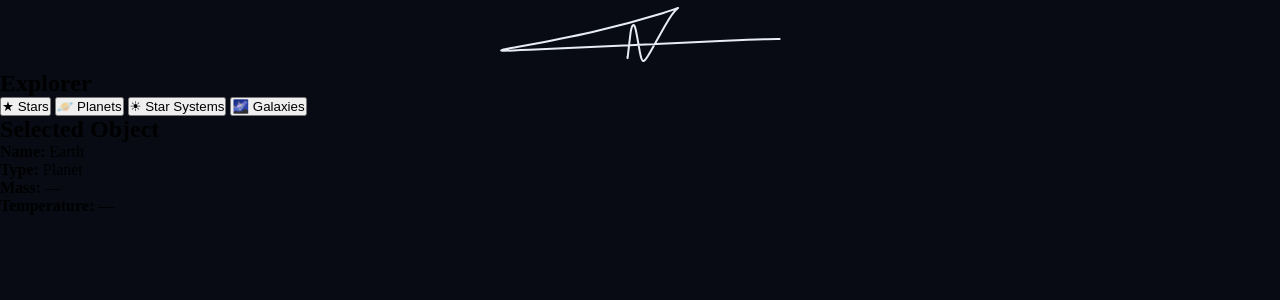
Repository: nico-madruga/Universe
Page: front-end/html/index.html
An editor plug-in stored every save of this project. The page is shown before and after the next save, followed by the edit.
The browser window is 1280 px wide. The pictures show the whole page.

Above is the page before, as saved 2026-09-28 16:40:13.

### front-end/html/index.html
<!DOCTYPE html>
<html lang="en">
<head>
    <meta charset="UTF-8">
    <meta name="viewport" content="width=device-width, initial-scale=1.0">
    <link rel="stylesheet" href="../css/style.css">
    <title>Universe</title>

    <link rel="stylesheet" href="../css/style.css">
</head>

<body>

    <header class="navbar">
        <img src="/front-end/imgs/Vector 1.svg">
    </header>


    <main class="layout">

        <aside class="sidebar">

            <h2>Explorer</h2>

            <nav>
                <button>★ Stars</button>
                <button>🪐 Planets</button>
                <button>☀ Star Systems</button>
                <button>🌌 Galaxies</button>
            </nav>

        </aside>


        <section class="content">

            <section class="space">

                <div class="star star-1"></div>
                <div class="star star-2"></div>
                <div class="star star-3"></div>

                <div class="planet"></div>

            </section>


            <section class="object-info">

                <h2>Selected Object</h2>

                <div class="info-grid">

                    <p>
                        <strong>Name:</strong>
                        Earth
                    </p>

                    <p>
                        <strong>Type:</strong>
                        Planet
                    </p>

                    <p>
                        <strong>Mass:</strong>
                        —
                    </p>

                    <p>
                        <strong>Temperature:</strong>
                        —
                    </p>

                </div>

            </section>

        </section>

    </main>

</body>
</html>

### front-end/css/style.css
:root
{
    --background-color: #080B14;
    --panels-color: #101624;
    --panel-borders-color: #263149;
    --main-text-color: #E8ECF4;
    --secondary-text-color: #9AA6BA;
    --primary-accent-color: #4CC9F0;
    --secondary-accent-color: #8B7CFF;
    --highlight-color: #A9E8FF;
}

*
{
 padding: 0;
 margin: 0;
}

header
{
    display: flex;
    padding: 1vh 0;
    background-color: var(--background-color);
    flex-direction: row-reverse;
    justify-content: space-evenly;
}

header input
{
    align-self: center;
    height: 2rem;
}

body
{
    background-color: var(--background-color);
}

After the next save:
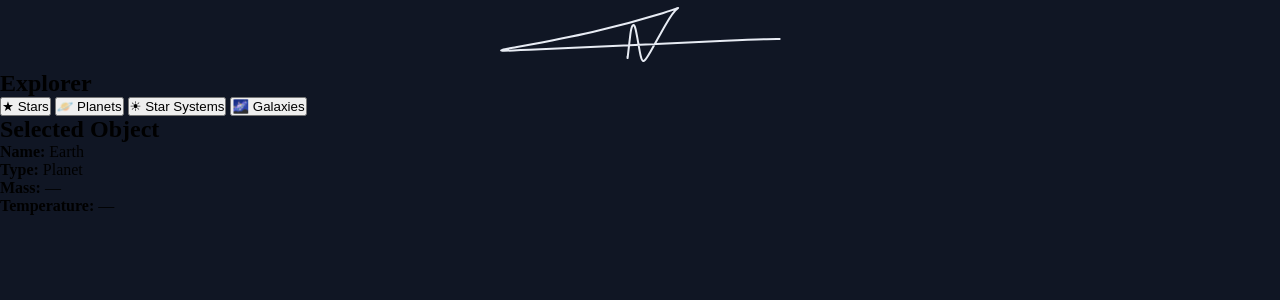
Saved 58 s later.
--- a/front-end/css/style.css
+++ b/front-end/css/style.css
@@ -1,6 +1,7 @@
 :root
 {
-    --background-color: #080B14;
+    --background-color: #101624;
+    --planet-background-color: #080B14;
     --panels-color: #101624;
     --panel-borders-color: #263149;
     --main-text-color: #E8ECF4;
